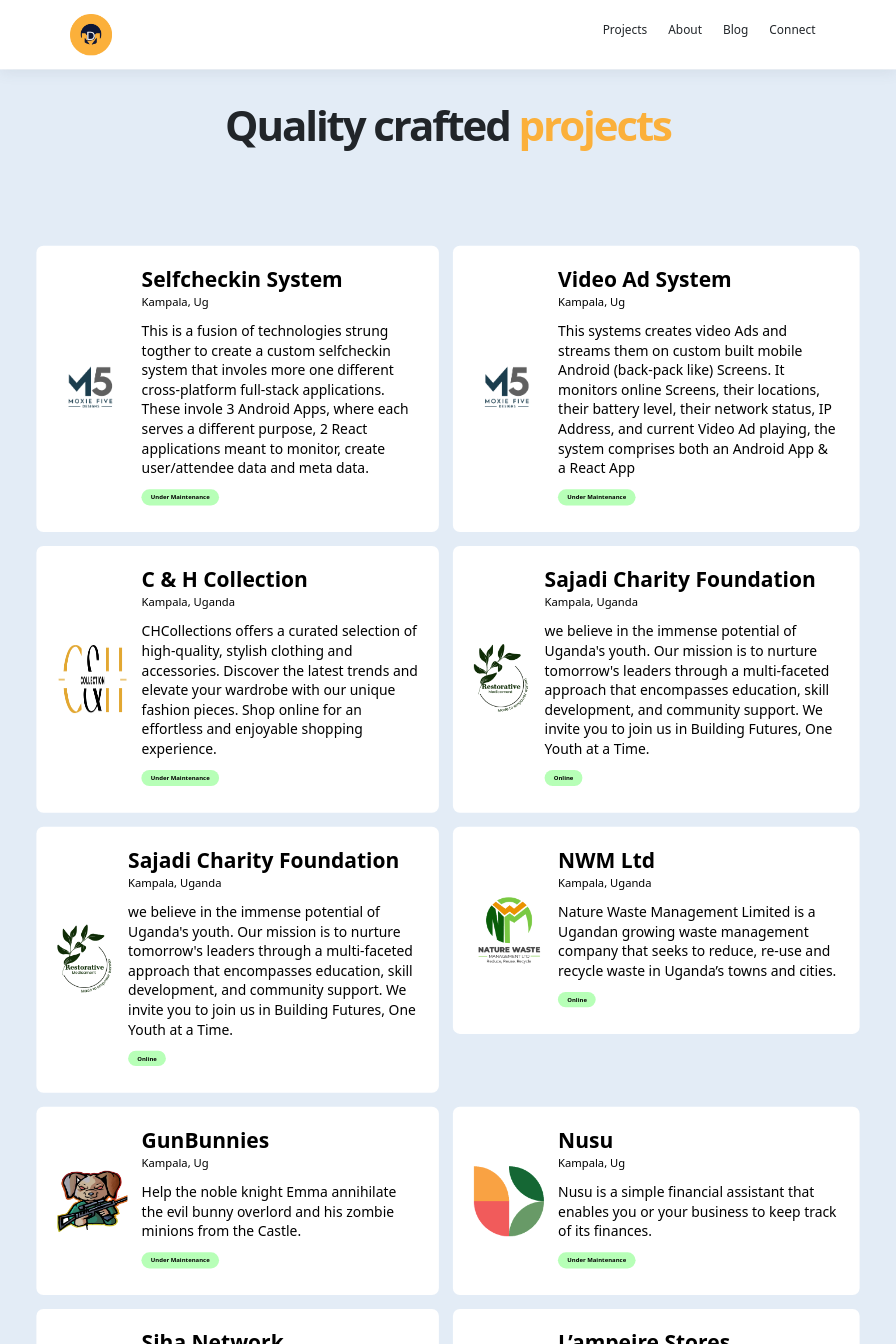
Repository: kaizoku010/firebrand
Page: /apps
The author's editor kept a copy of each file at every save. The page is drawn from the files as they stood at one save, then again after a run of saves.
The browser window is 1280 px wide. The pictures show the part of the page from y = 0 to 1920 px (the page is 4294 px tall), at 70% of full size.
The project was rebuilt for these pictures with package versions that can differ from the ones it lists, and the page was loaded fresh each time. Also part of the build but not shown: vite.config.js, src/update/homescreen.css, src/update/homescreen.js, src/update/blog.css, src/update/blog.js, src/update/connect.css, src/update/connect.js. Imported but missing from the stored project, and not drawn on this page: src/update/about.js.

Above is the page before, as saved 2024-05-27 15:54:21.

After the next 3 saves:
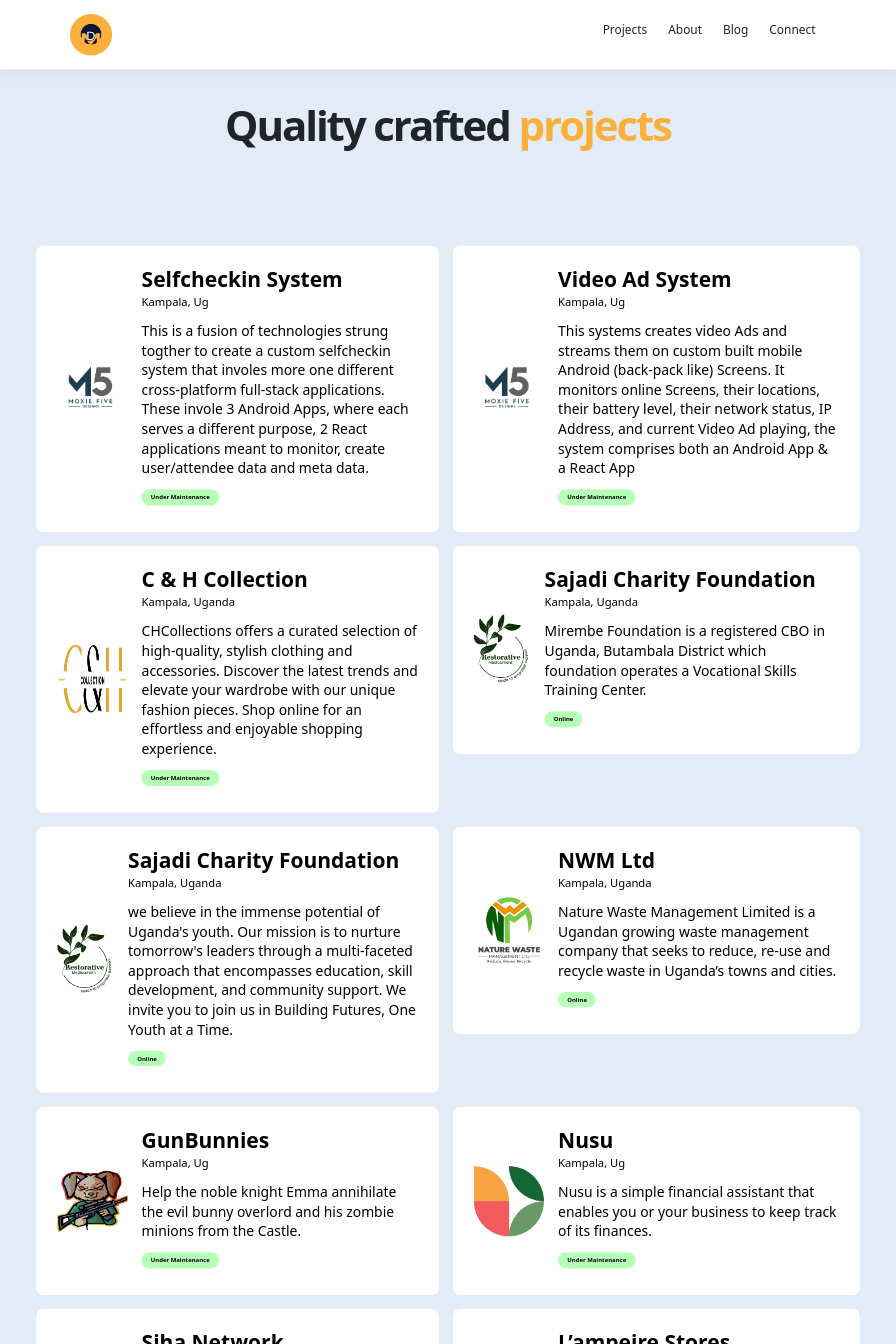
The 3 saves are shown as one change because they came seconds apart.
The last was saved 14 s later.
--- a/src/dataPoint/AllProjects.js
+++ b/src/dataPoint/AllProjects.js
@@ -64,7 +64,7 @@
     title: 'Sajadi Charity Foundation',
     techStacks: ["Online"],
     location: 'Kampala, Uganda',
-    desc: "we believe in the immense potential of Uganda's youth. Our mission is to nurture tomorrow's leaders through a multi-faceted approach that encompasses education, skill development, and community support. We invite you to join us in Building Futures, One Youth at a Time.",
+    desc: "Mirembe Foundation is a registered CBO in Uganda, Butambala District which foundation operates a Vocational Skills Training Center.",
     icon: Medica,
     link: 'https://mirembefoundation.com/',
   },
